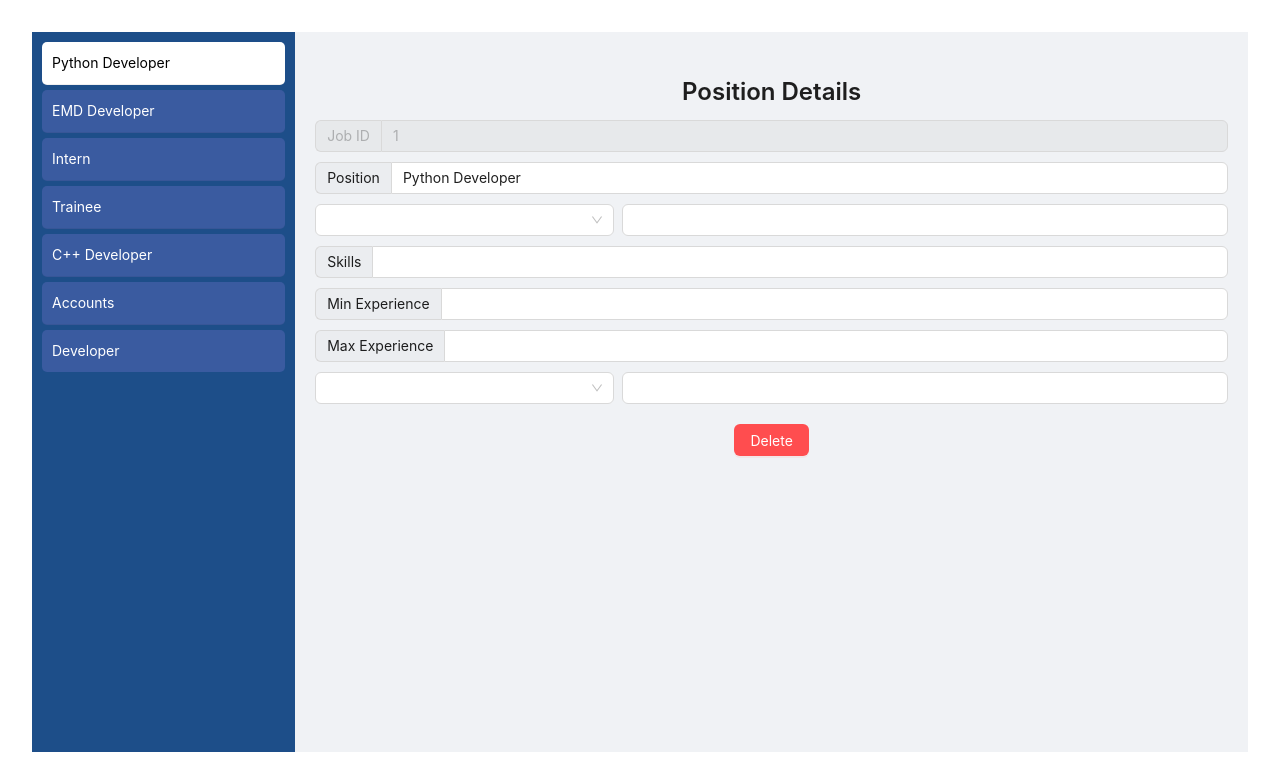
Repository: Moqueed/Delta_Iot
Page: /admin-dashboard/active-positions (app in client/), after clicking the first element matching `li.ant-list-item`
An editor plug-in stored every save of this project. The page is shown before and after the next save, followed by the edit.
The browser window is 1280 px wide. The pictures show the whole page.
The project was rebuilt for these pictures with package versions that can differ from the ones it lists, and the page was loaded fresh each time. Also part of the build but not shown: client/vite.config.js, client/src/api/users.js, client/src/pages/Register/index.jsx, client/src/pages/Login/index.jsx, client/src/components/ProtectedRoute.jsx, client/src/pages/HR/HRDashboard.jsx, client/src/pages/Admin/AdminDashboard.jsx, client/src/pages/HR/TotalDataPage.jsx.

Above is the page before, as saved 2025-03-14 14:55:15.

After the next save:
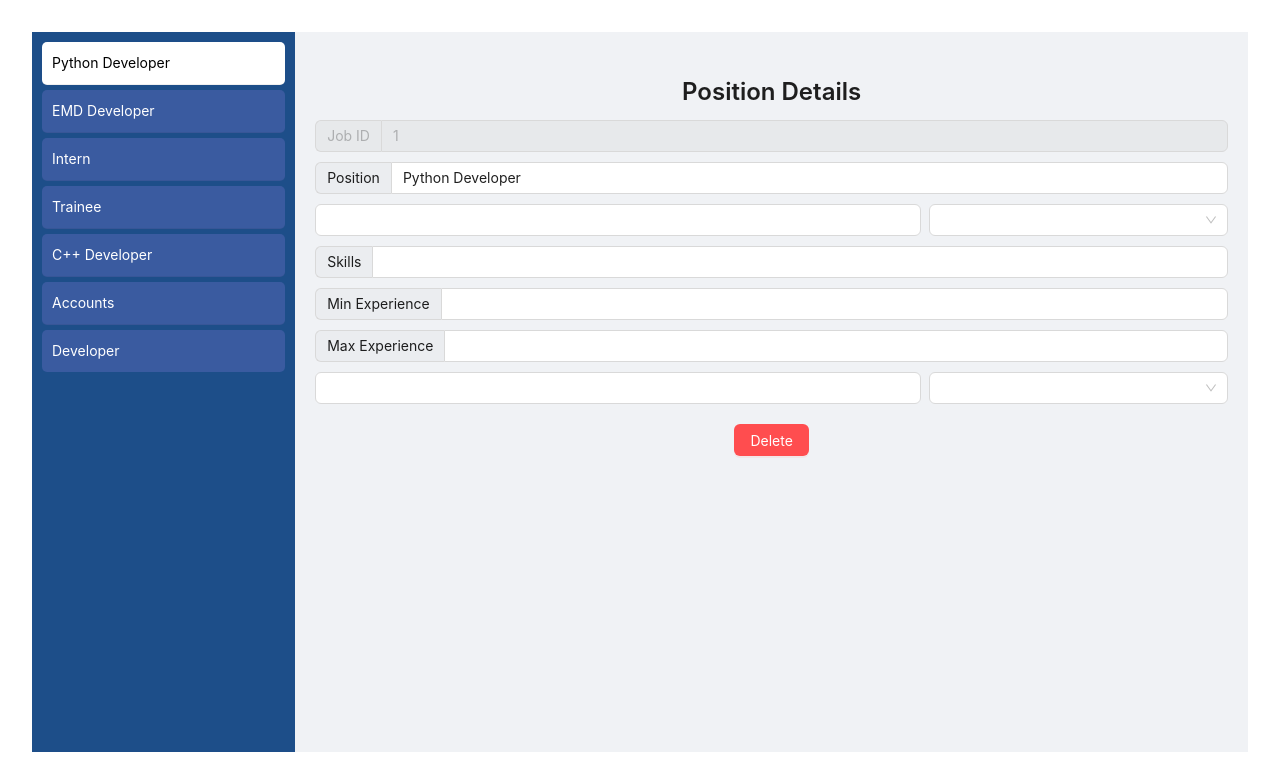
Saved 4 min 21 s later.
--- a/client/src/pages/Admin/ActivePositions.jsx
+++ b/client/src/pages/Admin/ActivePositions.jsx
@@ -59,6 +59,9 @@ const ActivePositions = () => {
             <Input addonBefore="Job ID" value={selectedPosition.job_id} disabled style={{ marginBottom: "10px" }} />
             <Input addonBefore="Position" value={selectedPosition.position} style={{ marginBottom: "10px" }} />
             <Row gutter={8} style={{ marginBottom: "10px" }}>
+              <Col span={16}>
+                <Input value={selectedPosition.department} readOnly style={{ textAlign: "right" }} />
+              </Col>
               <Col span={8}>
                 <Select
                   style={{ width: "100%" }}
@@ -72,14 +75,14 @@ const ActivePositions = () => {
                   <Option value="Python">Python</Option>
                 </Select>
               </Col>
-              <Col span={16}>
-                <Input value={selectedPosition.department} readOnly style={{ textAlign: "right" }} />
-              </Col>
             </Row>
             <Input addonBefore="Skills" value={selectedPosition.skills} style={{ marginBottom: "10px" }} />
             <Input addonBefore="Min Experience" value={selectedPosition.minimum_experience} style={{ marginBottom: "10px" }} />
             <Input addonBefore="Max Experience" value={selectedPosition.maximum_experience} style={{ marginBottom: "10px" }} />
             <Row gutter={8} style={{ marginBottom: "10px" }}>
+              <Col span={16}>
+                <Input value={selectedPosition.manager} readOnly style={{ textAlign: "right" }} />
+              </Col>
               <Col span={8}>
                 <Select
                   style={{ width: "100%" }}
@@ -91,9 +94,6 @@ const ActivePositions = () => {
                   <Option value="Robert Brown">Robert Brown</Option>
                   <Option value="Emily White">Emily White</Option>
                 </Select>
-              </Col>
-              <Col span={16}>
-                <Input value={selectedPosition.manager} readOnly style={{ textAlign: "right" }} />
               </Col>
             </Row>
             <Button type="primary" danger onClick={() => handleDelete(selectedPosition.job_id)} style={{ marginTop: "10px" }}>
